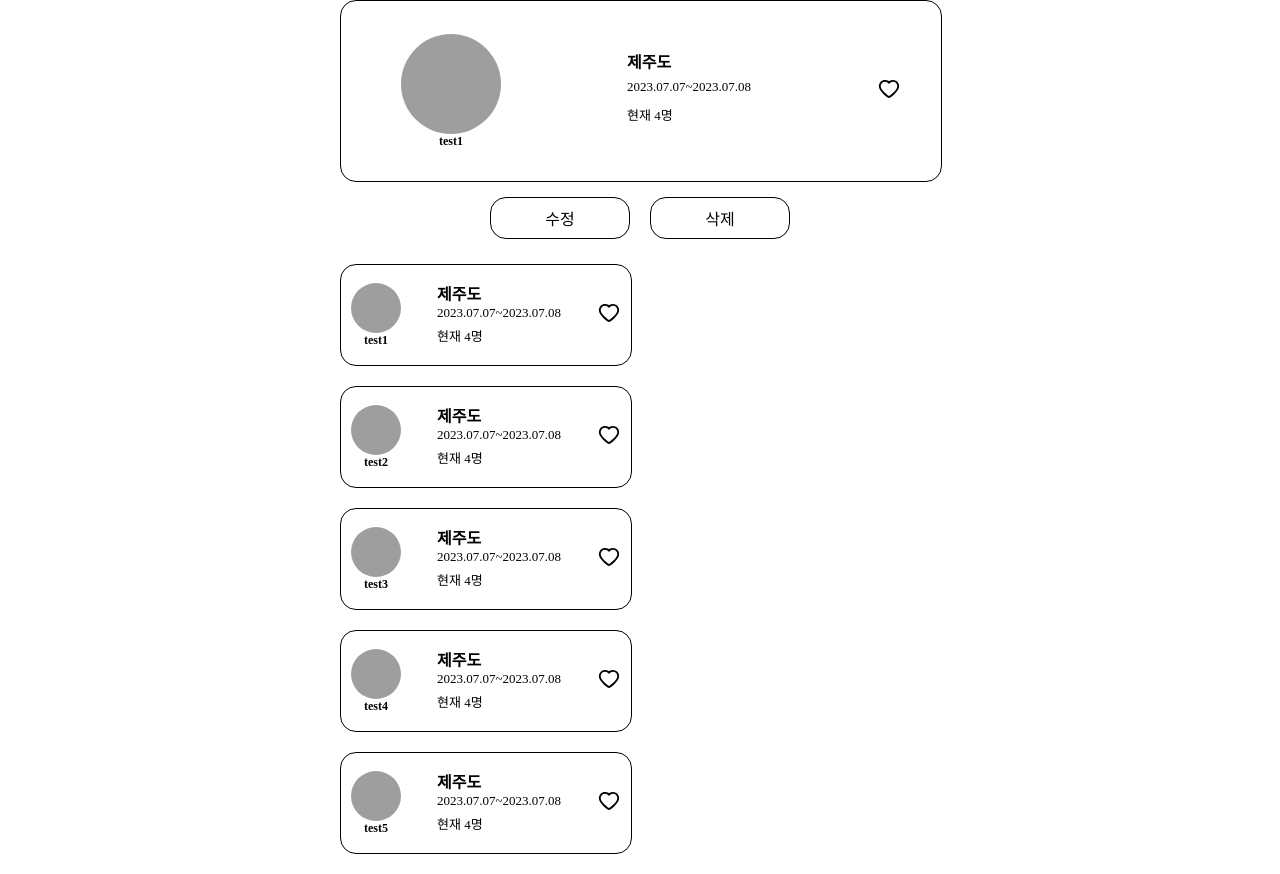
Repository: the-graces/matrip-web
Page: /tripSchedule (app in matrip/)
These files come from the project's save history. The page is drawn as it stood at one moment and after the next save; the edit follows.
The browser window is 1280 px wide. The pictures show the whole page.
Pictures or frames that could not be fetched are drawn as grey boxes. The project was rebuilt for these pictures with package versions that can differ from the ones it lists, and the page was loaded fresh each time. Also part of the build but not shown: matrip/src/pages/Main/mainStyle.tsx, matrip/src/pages/Main/Post.tsx, matrip/src/pages/Main/index.tsx, matrip/src/pages/FriendSearch/friendSearchStyle.tsx, matrip/src/data/userdata.ts, matrip/src/pages/FriendSearch/index.tsx, matrip/src/pages/ItineraryInfo/index.scss, matrip/src/pages/ItineraryInfo/itineraryInfoStyle.tsx and 4 more.

Above is the page before, as saved 2023-07-09 13:39:07.

After the next save:
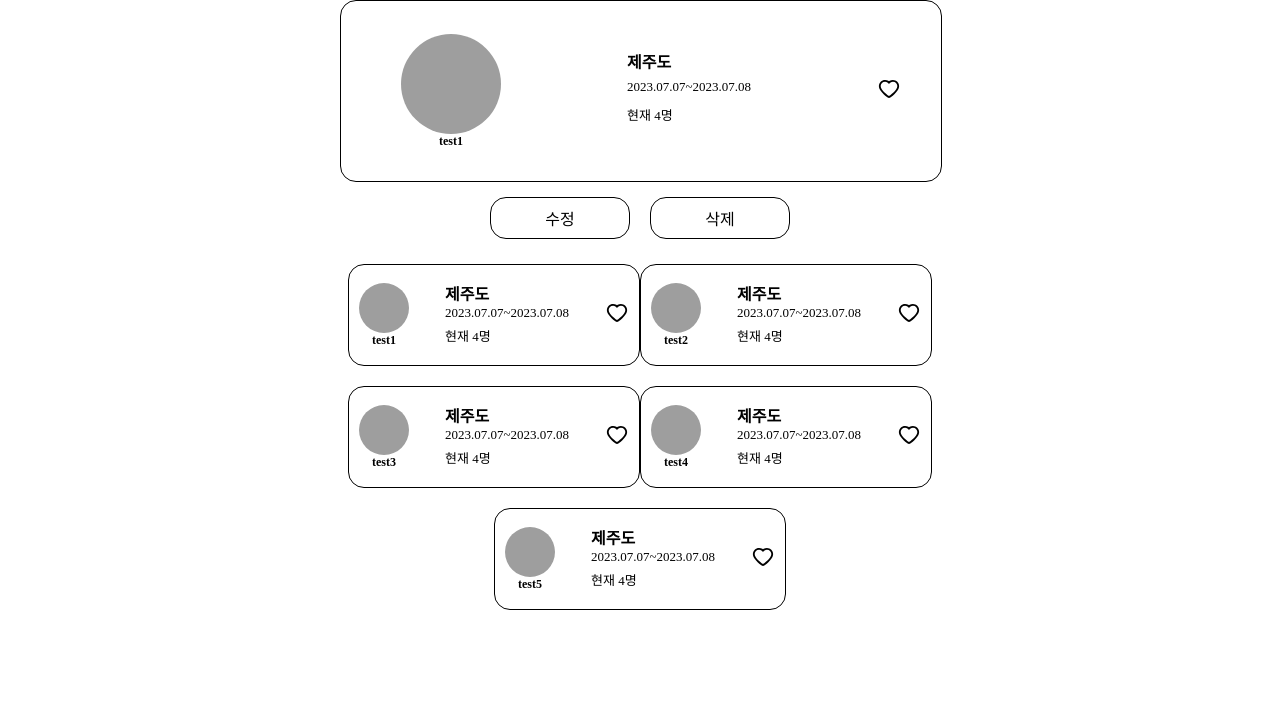
Saved 51 s later.
--- a/matrip/src/pages/TripSchedule/TripScheduleStyle.tsx
+++ b/matrip/src/pages/TripSchedule/TripScheduleStyle.tsx
@@ -104,7 +104,10 @@ export const TripSchedulePostButtonR = styled.div`
 `;
 
 export const userList = styled.div`
-
+  display: flex;
+  flex-wrap: wrap; // 자식 요소를 여러 줄에 걸쳐 표시하려면 flex-wrap 속성을 사용합니다.
+  justify-content: center; // 가로 축을 중앙으로 정렬합니다.
+  align-items: flex-start; // 세로 축을 위로 정렬합니다.
 `;
 
 export const userListPostBox = styled.div`
